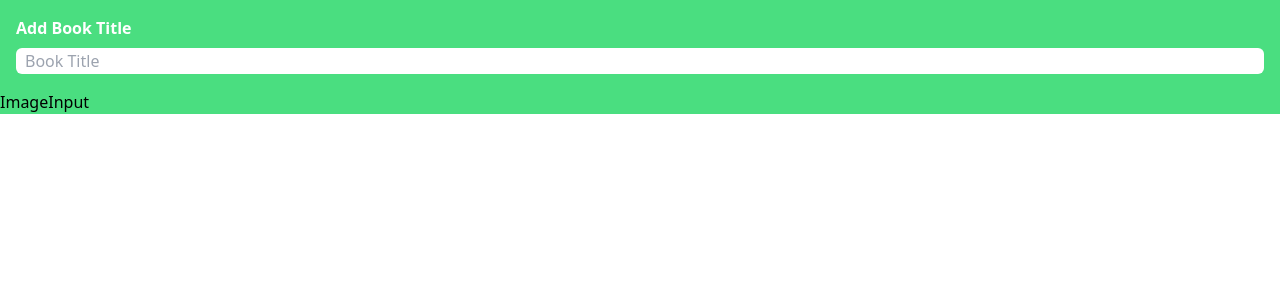
Repository: Marhamat92/booksappwithcontext
Page: /
The author's editor kept a copy of each file at every save. The page is drawn from the files as they stood at one save, then again after the next save.
The browser window is 1280 px wide. The pictures show the whole page.
The project was rebuilt for these pictures with package versions that can differ from the ones it lists, and the page was loaded fresh each time. Also part of the build but not shown: src/App.css.

Above is the page before, as saved 2022-12-07 14:02:56.

### src/App.tsx
import "./App.css";
import ImageInput from "./components/Inputs/ImageInput";
import TextInput from "./components/Inputs/TextInput";

function App() {
  return (
    <div>
      <div className='bg-green-400'>
        <TextInput label='Add Book Title' placeholder='Book Title' />
        <ImageInput />
      </div>
    </div>
  );
}

export default App;

### src/components/Inputs/ImageInput.tsx
import React from "react";

type Props = {};

function ImageInput({}: Props) {
  return <div>ImageInput</div>;
}

export default ImageInput;

### src/components/Inputs/TextInput.tsx
import React from "react";

type Props = {
  label: string;
  placeholder: string;
};

function TextInput({ label, placeholder }: Props) {
  return (
    <div className='flex flex-col px-4 py-4'>
      <label className='text-white font-bold mb-2' htmlFor='text'>
        {label}
      </label>
      <input
        className='pl-2 border border-transparent rounded-md focus-within:ring-2 focus-within:ring-green-400 focus-within:border-transparent focus:outline-none'
        type='text'
        placeholder={placeholder}
      />
    </div>
  );
}

export default TextInput;

Loaded but not shown: public/index.html (common file); src/index.tsx (common file); src/index.css (common file); tailwind.config.js (common file)

After the next save:
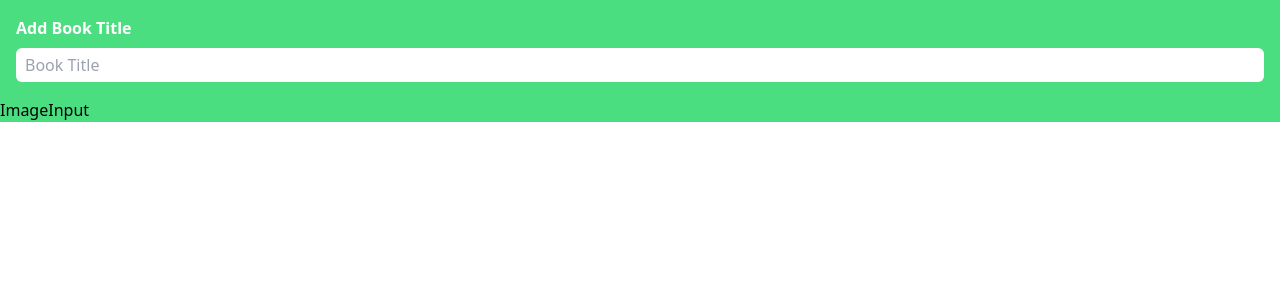
Saved 24 s later.
--- a/src/components/Inputs/TextInput.tsx
+++ b/src/components/Inputs/TextInput.tsx
@@ -12,7 +12,7 @@ function TextInput({ label, placeholder }: Props) {
         {label}
       </label>
       <input
-        className='pl-2 border border-transparent rounded-md focus-within:ring-2 focus-within:ring-green-400 focus-within:border-transparent focus:outline-none'
+        className='pl-2 py-1 border border-transparent rounded-md focus-within:ring-2 focus-within:ring-green-400 focus-within:border-transparent focus:outline-none'
         type='text'
         placeholder={placeholder}
       />
